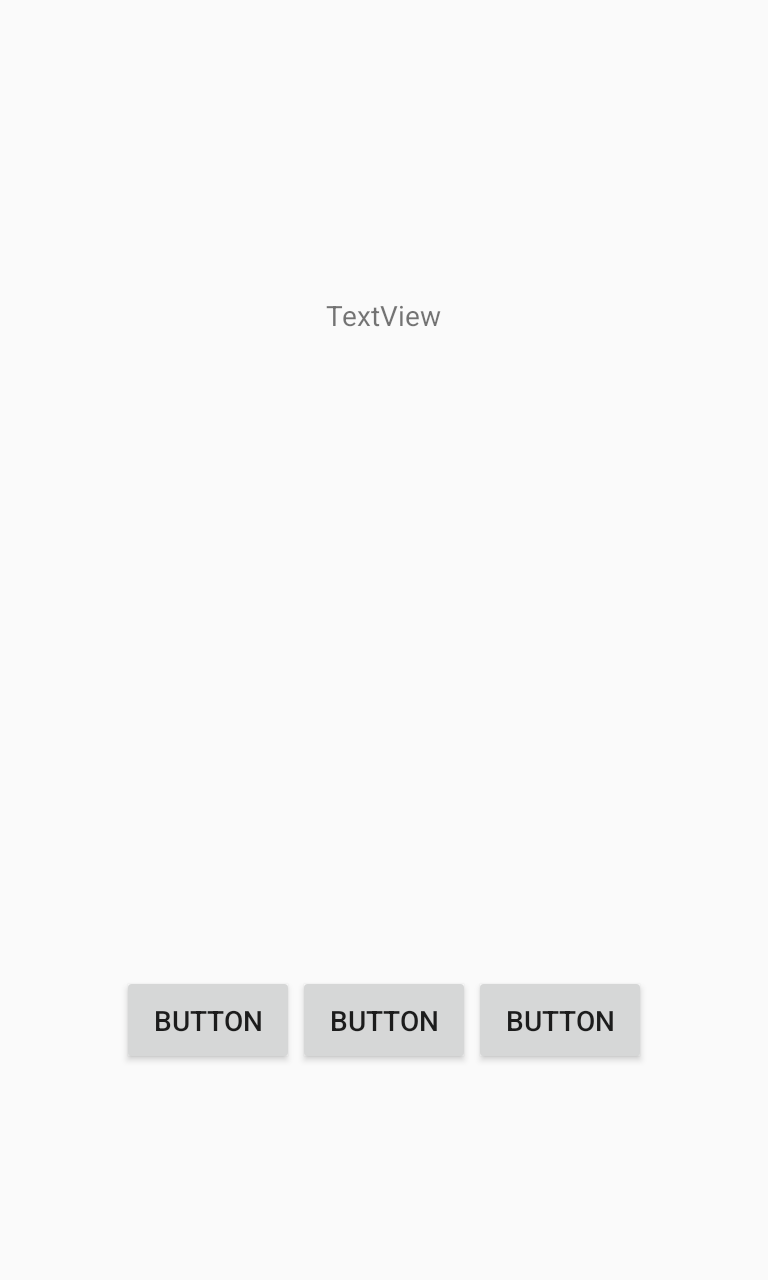
Repository: deltap1/iD-Tech-Repo
Layout: IDTechProject/res/layout/activity_main.xml
These files come from the project's save history. The layout is drawn as it stood at one moment and after the next save; the edit follows.
It is drawn on a 768 x 1280 px phone screen (xhdpi) without system bars, with theme AppTheme; the app's code is not run.

Above is the layout before, as saved 2014-07-08 15:01:45.

### IDTechProject/res/layout/activity_main.xml
<RelativeLayout xmlns:android="http://schemas.android.com/apk/res/android"
    xmlns:tools="http://schemas.android.com/tools"
    android:layout_width="match_parent"
    android:layout_height="match_parent"
    android:paddingBottom="@dimen/activity_vertical_margin"
    android:paddingLeft="@dimen/activity_horizontal_margin"
    android:paddingRight="@dimen/activity_horizontal_margin"
    android:paddingTop="@dimen/activity_vertical_margin"
    tools:context="com.masonl.idtechproject.MainActivity" >

    <TextView
        android:id="@+id/textView1"
        android:layout_width="wrap_content"
        android:layout_height="wrap_content"
        android:layout_alignParentTop="true"
        android:layout_centerHorizontal="true"
        android:layout_marginTop="132dp"
        android:text="TextView" />

    <Button
        android:id="@+id/button2"
        android:layout_width="wrap_content"
        android:layout_height="wrap_content"
        android:layout_alignBaseline="@+id/button1"
        android:layout_alignBottom="@+id/button1"
        android:layout_toLeftOf="@+id/button1"
        android:text="Button" />

    <Button
        android:id="@+id/button3"
        android:layout_width="wrap_content"
        android:layout_height="wrap_content"
        android:layout_alignBaseline="@+id/button1"
        android:layout_alignBottom="@+id/button1"
        android:layout_toRightOf="@+id/button1"
        android:text="Button" />

    <Button
        android:id="@+id/button1"
        android:layout_width="wrap_content"
        android:layout_height="wrap_content"
        android:layout_alignParentBottom="true"
        android:layout_centerHorizontal="true"
        android:layout_marginBottom="90dp"
        android:text="Button" />

</RelativeLayout>

Loaded but not shown: IDTechProject/res/values/styles.xml (common file); IDTechProject/res/values-v11/styles.xml (common file); IDTechProject/res/values-v14/styles.xml (common file); IDTechProject/res/values/dimens.xml (common file); IDTechProject/res/values-w820dp/dimens.xml (common file)

After the next save:
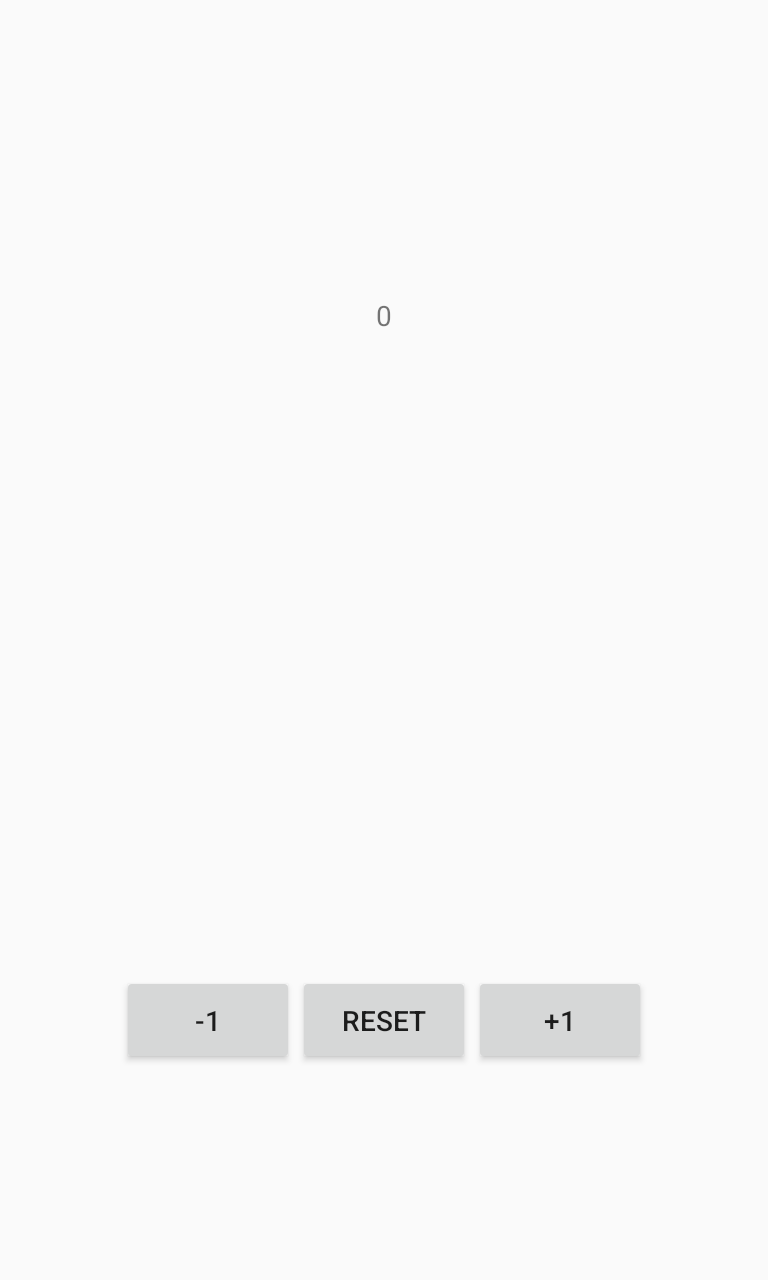
Saved 2 min 46 s later.
--- a/IDTechProject/res/layout/activity_main.xml
+++ b/IDTechProject/res/layout/activity_main.xml
@@ -15,7 +15,7 @@
         android:layout_alignParentTop="true"
         android:layout_centerHorizontal="true"
         android:layout_marginTop="132dp"
-        android:text="TextView" />
+        android:text="0" />
 
     <Button
         android:id="@+id/button2"
@@ -24,7 +24,7 @@
         android:layout_alignBaseline="@+id/button1"
         android:layout_alignBottom="@+id/button1"
         android:layout_toLeftOf="@+id/button1"
-        android:text="Button" />
+        android:text="-1" />
 
     <Button
         android:id="@+id/button3"
@@ -33,7 +33,7 @@
         android:layout_alignBaseline="@+id/button1"
         android:layout_alignBottom="@+id/button1"
         android:layout_toRightOf="@+id/button1"
-        android:text="Button" />
+        android:text="+1" />
 
     <Button
         android:id="@+id/button1"
@@ -42,6 +42,6 @@
         android:layout_alignParentBottom="true"
         android:layout_centerHorizontal="true"
         android:layout_marginBottom="90dp"
-        android:text="Button" />
+        android:text="Reset" />
 
 </RelativeLayout>
